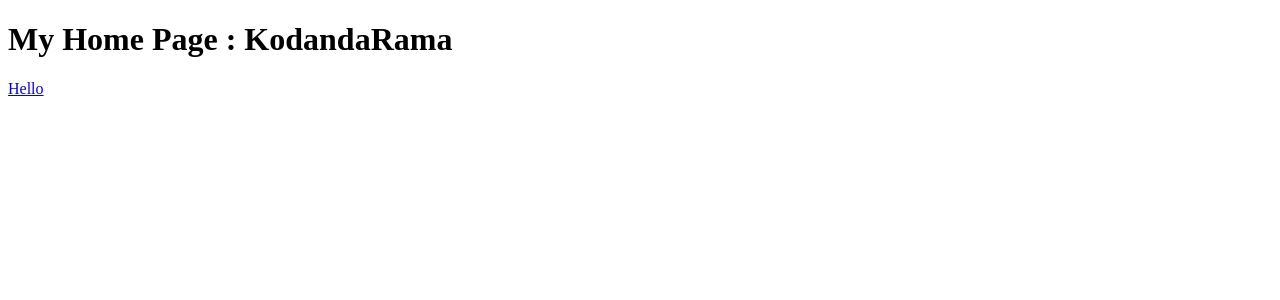
Repository: Rama-13/LaunchPadAllFiles
Page: java-workspace/SpringMVCDemo/WebContent/index.html
An editor plug-in stored every save of this project. The page is shown before and after the next save, followed by the edit.
The browser window is 1280 px wide. The pictures show the whole page.

Above is the page before, as saved 2019-08-01 09:00:10.

After the next save:
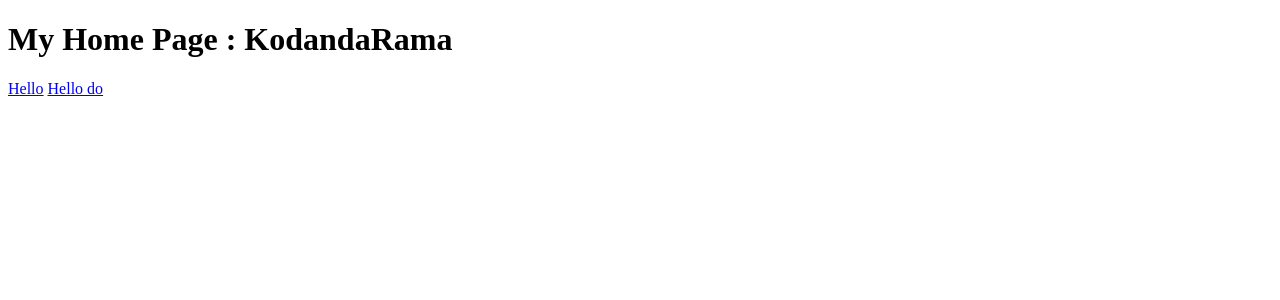
Saved 72 s later.
--- a/java-workspace/SpringMVCDemo/WebContent/index.html
+++ b/java-workspace/SpringMVCDemo/WebContent/index.html
@@ -7,5 +7,6 @@
 <body>
 <h1>My Home Page : KodandaRama</h1>
 <a href = "Hello.html">Hello</a>
+<a href = "Hello.do">Hello do</a>
 </body>
 </html>
